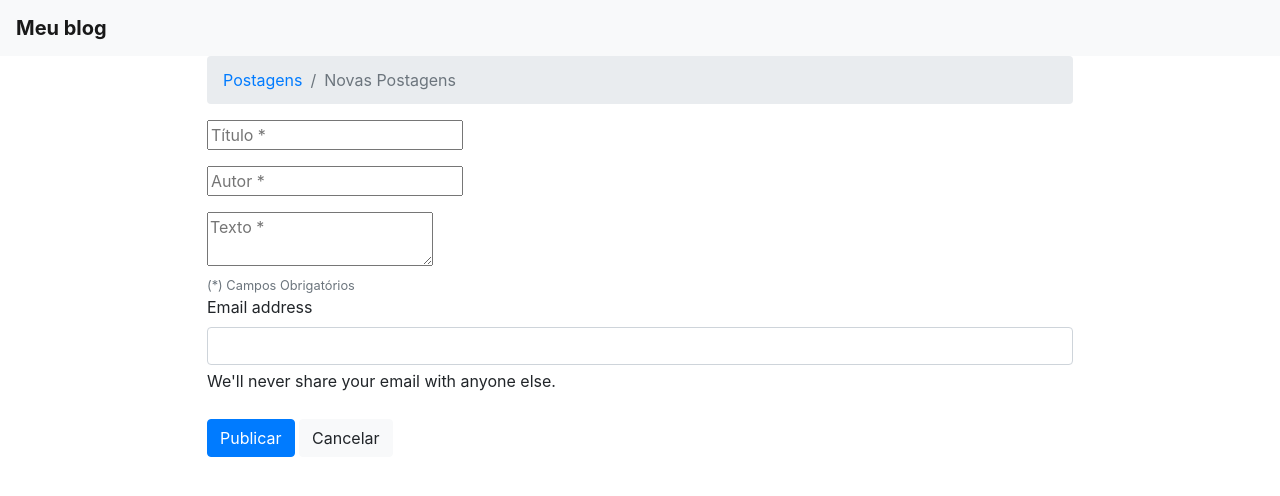
Repository: Sandro0330/SpringBoot_Deploy_AWS
Page: http://localhost/postForm
These files come from the project's save history. The page is drawn as it stood at one moment and after the next save; the edit follows.
The browser window is 1280 px wide. The pictures show the whole page.
The page is this project's Thymeleaf template; nobody is signed in. The template is opened directly, without the code that normally fills it, so the values that code supplies are empty.

Above is the page before, as saved 2021-02-12 17:38:55.

After the next save:
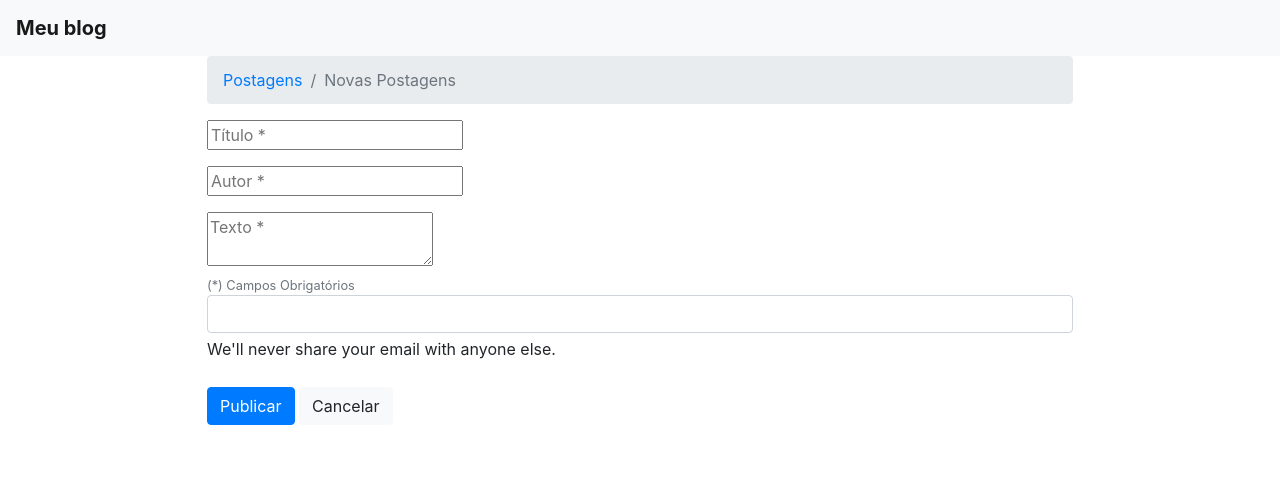
Saved 30 s later.
--- a/blog/src/main/resources/templates/postForm.html
+++ b/blog/src/main/resources/templates/postForm.html
@@ -42,7 +42,6 @@
 					<small class="form-text text-muted">(*) Campos Obrigatórios</small>
 
 					<div class="mb-3">
-    <label for="exampleInputEmail1" class="form-label">Email address</label>
     <input type="email" class="form-control" id="exampleInputEmail1" aria-describedby="emailHelp">
     <div id="emailHelp" class="form-text">We'll never share your email with anyone else.</div>
   </div>
